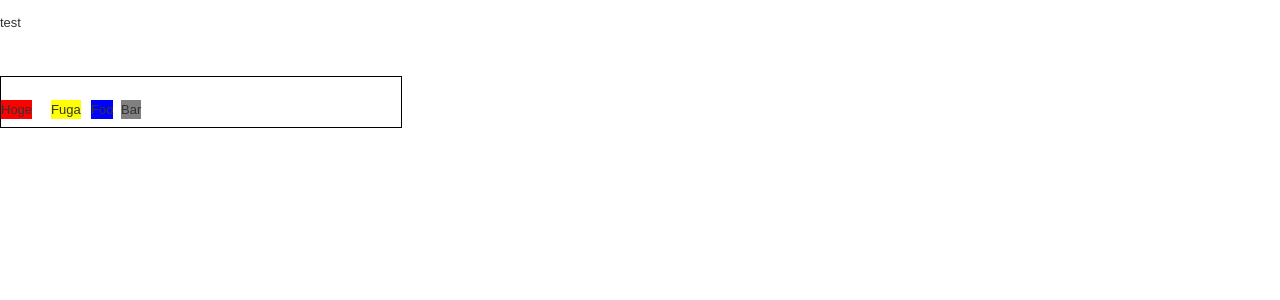
Repository: myojosamurai/Samurai_JS-
Page: HTML/6/absolute.html
The author's editor kept a record of every edit. The page is drawn from the files as they stood at one moment, then again after the next edit.
The browser window is 1280 px wide. The pictures show the whole page.

Above is the page before.

### HTML/6/absolute.html
<!DOCTYPE html>
<html lang="ja">
  <head>
    <meta charset="UTF-8">
    <title>HTML/CSSの学習</title>
    <link rel="stylesheet" href="stylesheet-absolute.css">
  </head>
  <body>
    <div id="wrapper">
      <p>test</p>
        <div id="layout">
            <p id="layout1">Hoge</p>
            <p id="layout2">Fuga</p>
            <p id="layout3">Foo</p>
            <p id="layout4">Bar</p>
        </div>
    </div>
  </body>
</html>

### HTML/6/stylesheet-absolute.css
@charset "utf-8";

body {
	margin: 0;
	padding: 0;
	font-family: "ヒラギノ角ゴ Pro W3", "Hiragino Kaku Gothic Pro", "メイリオ", Meiryo, Osaka, "ＭＳ Ｐゴシック", "MS PGothic", sans-serif;
	color: #333;
	font-size: 13px;
	line-height: 150%;
}

/* -------------------- wrapper -------------------- */
#wrapper {
	width: 100%;
	margin: auto;
	padding: 0px;
	border: 0px;
	background-color: #FFF;
}

 #layout {
   /*  position: static; */  /*親要素がstaticのときはウィンドウの左上が基準*/
     position: relative;     /*親要素がstatic以外のときは親要素の左上が基準*/
     top: 30px;
     border:solid 1px black; /*分かりやすいように付け足し*/
     height: 50px;           /*分かりやすいように付け足し*/
    width: 400px;            /*分かりやすいように付け足し*/
 }
 #layout1 {
     position:absolute;
     top:10px;
     background-color: red;
 }
 #layout2 {
     position:absolute;
     top:10px;
     left:50px;
     background-color: yellow;
 }
 #layout3 {
     position:absolute;
    top:10px;
     left: 90px;
     /*bottom:10px; 分かりやすいように変更 */
     background-color: blue;
 }
 #layout4 {
     position:absolute;
     top:10px;
     left: 120px;
     /* right:120px; 分かりやすいように変更 */
     background-color: gray;
 }

After the next edit:
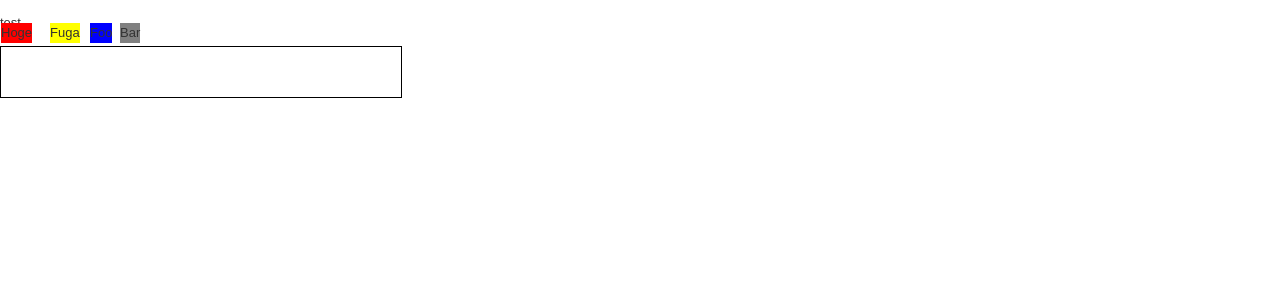
The edit:
--- a/HTML/6/stylesheet-absolute.css
+++ b/HTML/6/stylesheet-absolute.css
@@ -19,8 +19,8 @@
 }
 
  #layout {
-   /*  position: static; */  /*親要素がstaticのときはウィンドウの左上が基準*/
-     position: relative;     /*親要素がstatic以外のときは親要素の左上が基準*/
+     position: static;   /*親要素がstaticのときはウィンドウの左上が基準*/
+     /*position: relative;  */   /*親要素がstatic以外のときは親要素の左上が基準*/
      top: 30px;
      border:solid 1px black; /*分かりやすいように付け足し*/
      height: 50px;           /*分かりやすいように付け足し*/
